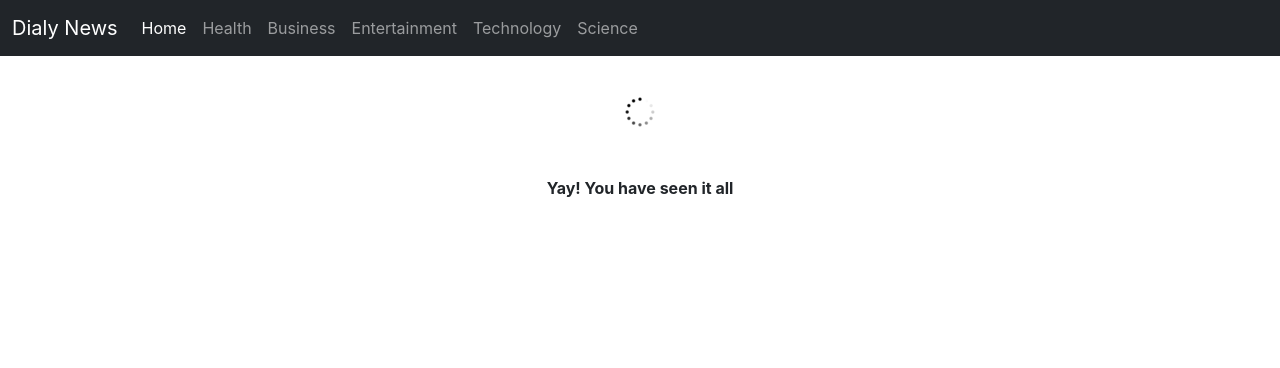
Repository: dikshant-chauhan04/news-app
Page: /
These files come from the project's save history. The page is drawn as it stood at one moment and after the next save; the edit follows.
The browser window is 1280 px wide. The pictures show the whole page.
The page's requests for data from a server got no answer. The project was rebuilt for these pictures with package versions that can differ from the ones it lists, and the page was loaded fresh each time. No one was signed in, and anything a server would have sent is missing. Also part of the build but not shown: src/components/NewsItem.js.

Above is the page before, as saved 2022-04-22 19:15:05.

After the next save:
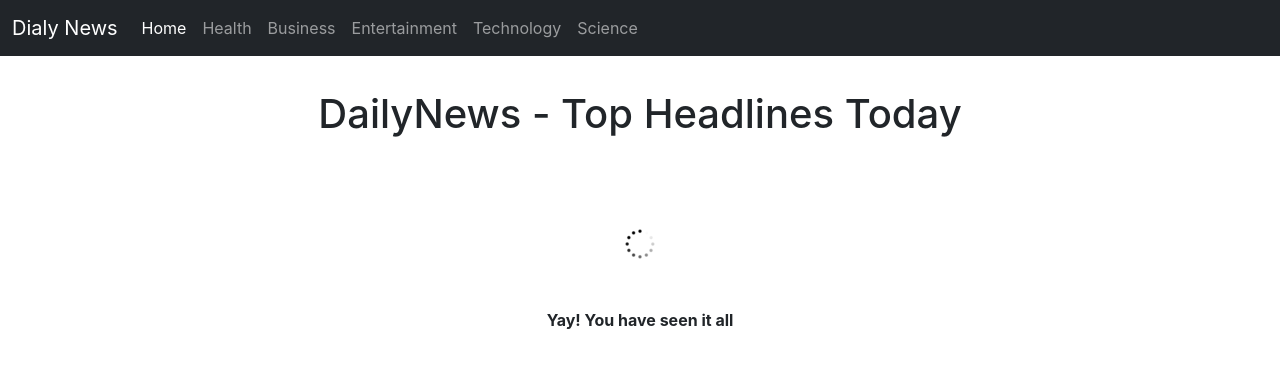
Saved 6 s later.
--- a/src/components/News.js
+++ b/src/components/News.js
@@ -45,7 +45,7 @@ const News = (props)=> {
 
     return (
       <>
-        <h1 className='text-center' style={{margin : "35px, 90px"}}>DailyNews - Top Headlines Today</h1>
+        <h1 className='text-center' style={{margin : "90px"}}>DailyNews - Top Headlines Today</h1>
         {loading && <Loading/>}
         <InfiniteScroll
           dataLength={articles.length}
